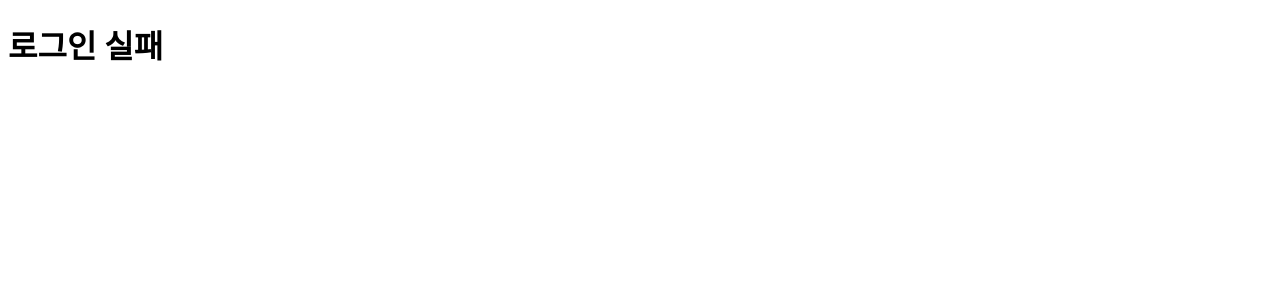
Repository: lhj1214/spring
Page: http://localhost/di/red/rsNo
These files come from the project's save history. The page is drawn as it stood at one moment and after the next save; the edit follows.
The browser window is 1280 px wide. The pictures show the whole page.
The page is served by Tomcat 9.

Above is the page before, as saved 2020-11-18 08:25:56.

After the next save:
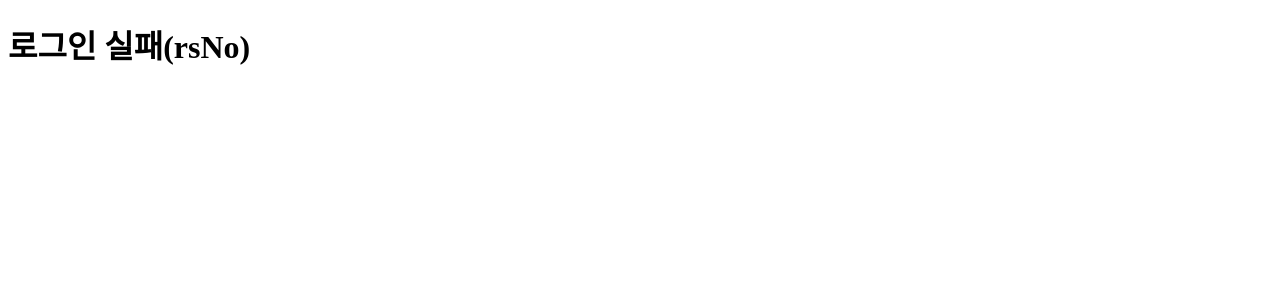
Saved 4 s later.
--- a/spring_workspace/di/src/main/webapp/WEB-INF/views/red/rsNo.jsp
+++ b/spring_workspace/di/src/main/webapp/WEB-INF/views/red/rsNo.jsp
@@ -7,6 +7,6 @@
 <title>Insert title here</title>
 </head>
 <body>
-	<h1>로그인 실패</h1>
+	<h1>로그인 실패(rsNo)</h1>
 </body>
 </html>
